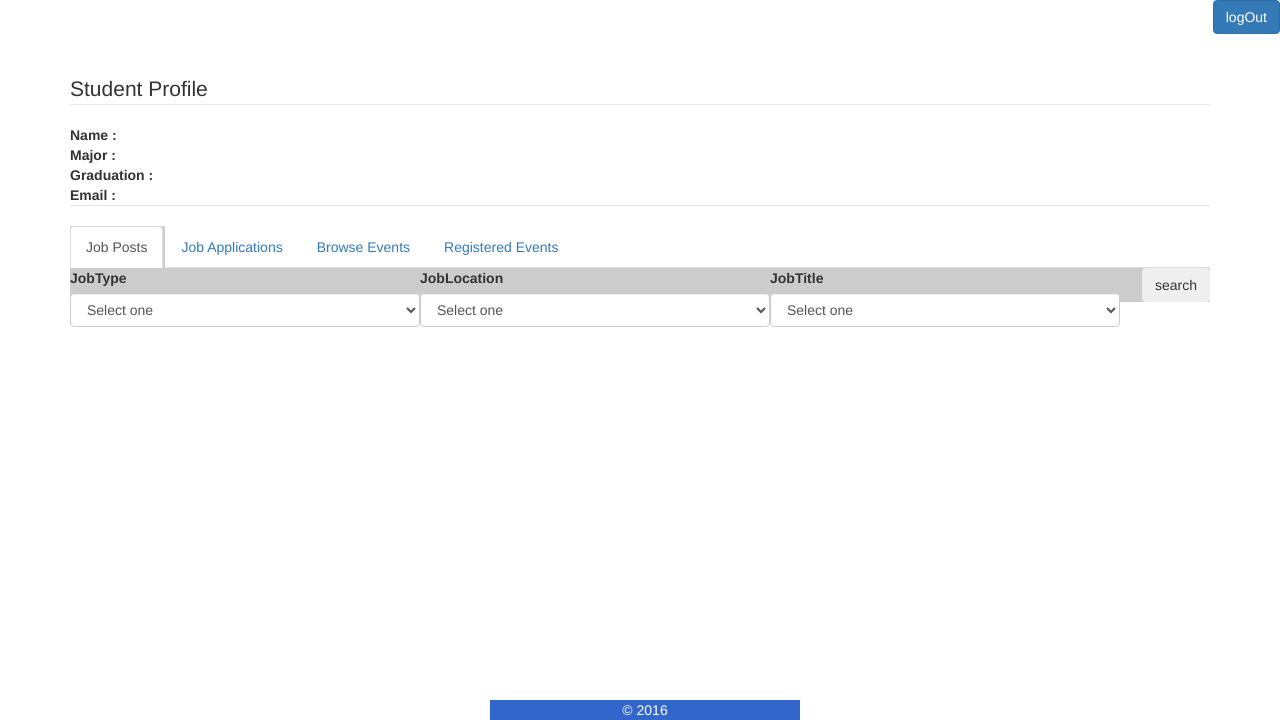
Repository: merlynfrank/AcademicProjects
Page: http://localhost/studenthome
These files come from the project's save history. The page is drawn as it stood at one moment and after the next save; the edit follows.
The browser window is 1280 px wide. The pictures show the whole page.
The page is this project's Thymeleaf template; nobody is signed in. The template is opened directly, without the code that normally fills it, so the values that code supplies are empty.

Above is the page before, as saved 2018-12-01 05:48:02.

After the next save:
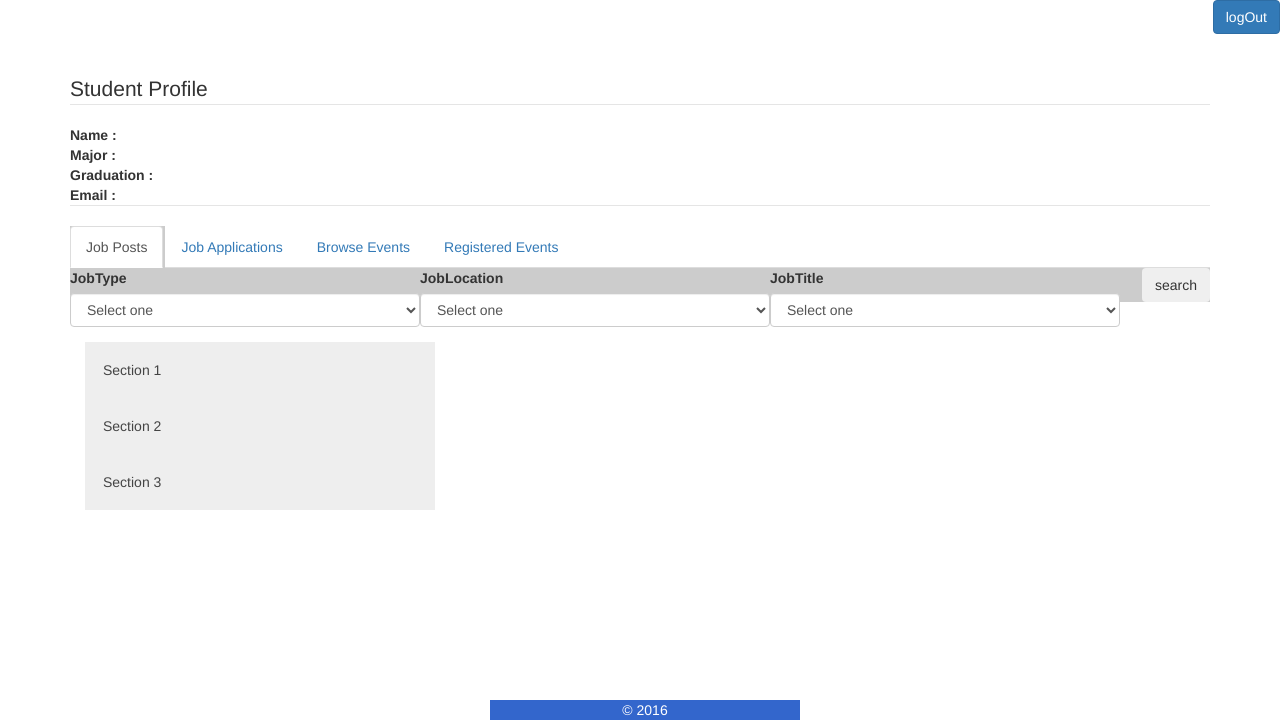
Saved 25 s later.
--- a/smith-is-internship/src/main/resources/templates/studenthome.html
+++ b/smith-is-internship/src/main/resources/templates/studenthome.html
@@ -145,7 +145,20 @@
     <span th:text="${job.jobTitle}"></span>
 </div> -->
 
+				<button class="accordion">Section 1</button>
+<div class="panel">
+  <p>Lorem ipsum...</p>
+</div>
 
+<button class="accordion">Section 2</button>
+<div class="panel">
+  <p>Lorem ipsum...</p>
+</div>
+
+<button class="accordion">Section 3</button>
+<div class="panel">
+  <p>Lorem ipsum...</p>
+</div>
 
 				</div>
 
